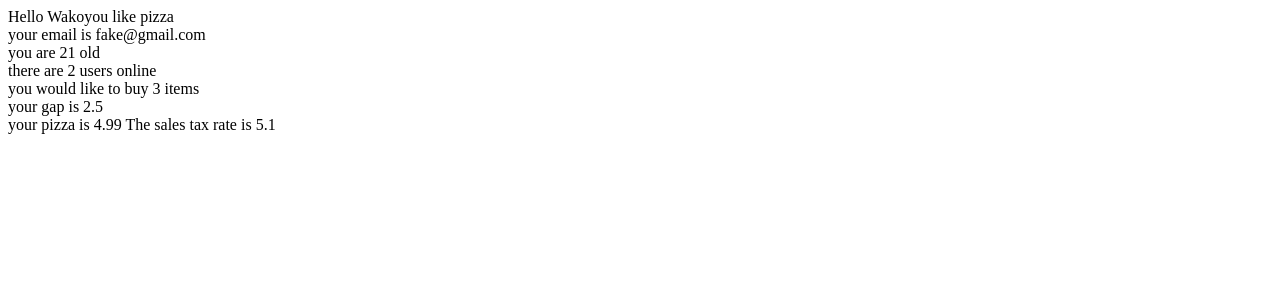
Repository: wakoya-tech/my-php-exercise
Page: http://localhost/
An editor plug-in stored every save of this project. The page is shown before and after the next save, followed by the edit.
The browser window is 1280 px wide. The pictures show the whole page.
The page is run by PHP 8.4 with error messages shown; the project is at /var/www/html/.

Above is the page before, as saved 2025-12-09 10:24:28.

### Documents/MyPhp/index.php
<?php
$name = "Wako";
$food = "pizza";
$email = "fake@gmail.com";
$age = 21;
$users = 2;
$quantity = 3;
$gpa = 2.5;
$price = 4.99;
$tax_rate = 5.1;
echo "Hello {$name}";
echo "you like {$food} <br>";
echo "your email is {$email}<br>";
echo "you are {$age} old <br>";
echo "there are {$users} users online<br>";
echo "you would like to buy {$quantity} items <br>";
echo "your gap is {$gpa} <br>";
echo "your pizza is {$price} <bar>";
echo "The sales tax rate is {$tax_rate}";

After the next save:
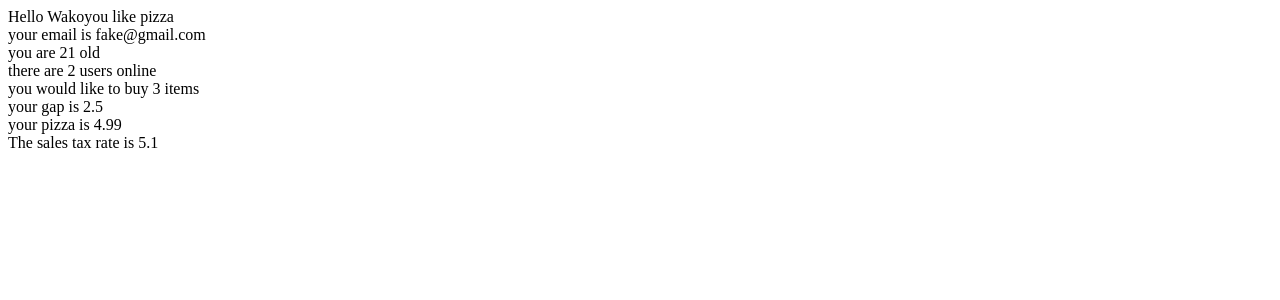
Saved 13 s later.
--- a/Documents/MyPhp/index.php
+++ b/Documents/MyPhp/index.php
@@ -15,5 +15,5 @@ echo "you are {$age} old <br>";
 echo "there are {$users} users online<br>";
 echo "you would like to buy {$quantity} items <br>";
 echo "your gap is {$gpa} <br>";
-echo "your pizza is {$price} <bar>";
+echo "your pizza is {$price} <br>";
 echo "The sales tax rate is {$tax_rate}";
